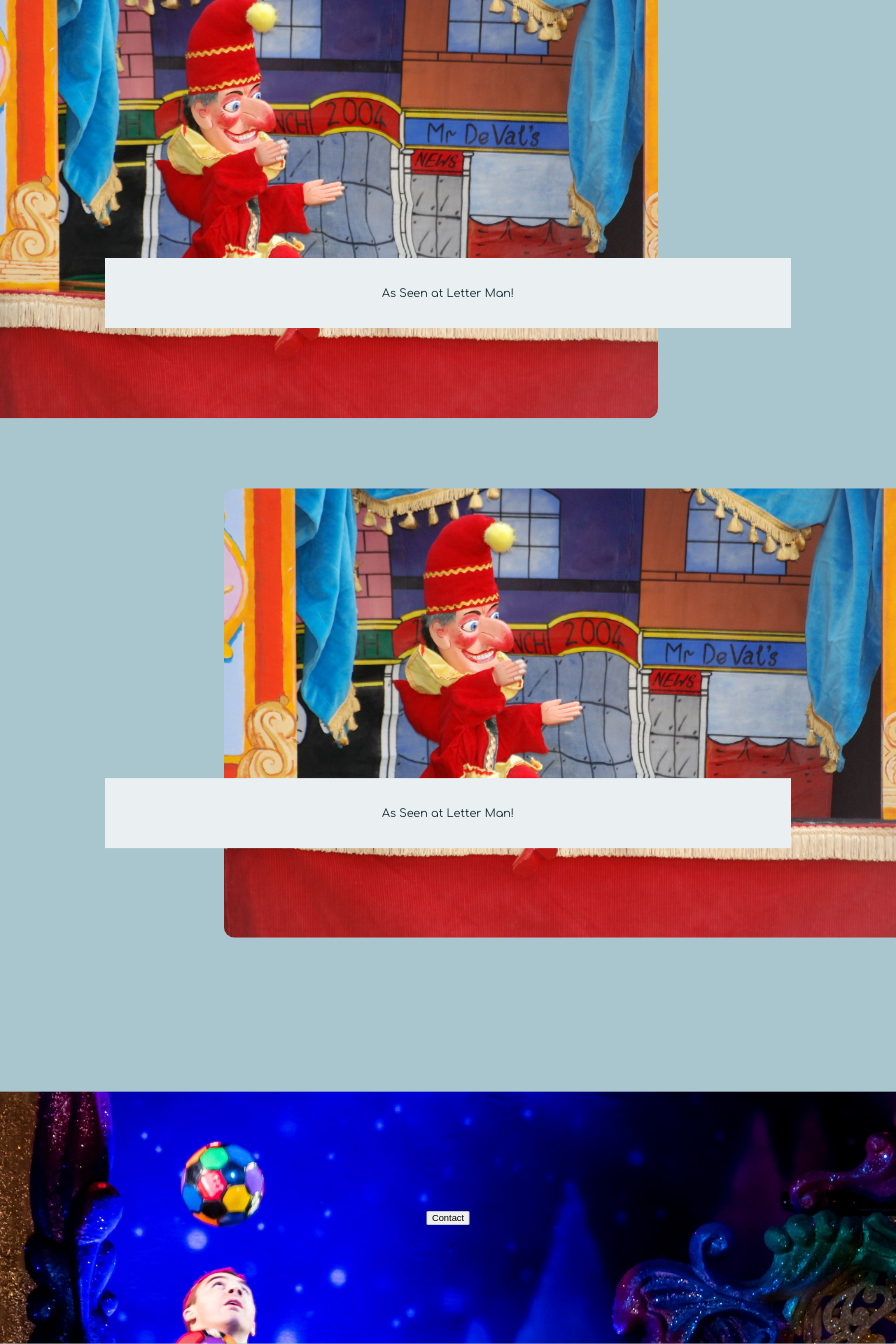
Repository: Sbethm/wink
Page: index.html
An editor plug-in stored every save of this project. The page is shown before and after a run of saves, followed by the edit.
The browser window is 1280 px wide. The pictures show the part of the page from y = 3551 to 5471 px (the page is 5471 px tall), at 70% of full size.
The style sheet was rebuilt from its Sass, Less or Tailwind sources for each picture, by a compiler version that may differ from the author's.

Above is the page before, as saved 2021-09-08 13:58:42.

### index.html
<!DOCTYPE html>
<html lang="en">
<head>
    <meta charset="UTF-8">
    <meta http-equiv="X-UA-Compatible" content="IE=edge">
    <meta name="viewport" content="width=device-width, initial-scale=1.0">
    <link rel="preconnect" href="https://fonts.googleapis.com">
    <link rel="preconnect" href="https://fonts.gstatic.com" crossorigin>
    <link href="https://fonts.googleapis.com/css2?family=Acme&family=Comfortaa:wght@400;500;600;700&family=Indie+Flower&display=swap" rel="stylesheet">
    <!--
        font-family: 'Acme', sans-serif;
        font-family: 'Comfortaa', cursive;
        font-family: 'Indie Flower', cursive;
    -->

    <link rel="stylesheet" href="./CSS/main.css">
    <title>Wink Danenberg: The Greatest Showman</title>
</head>
<body>
    <header id="headerBg">
        <h1 id="logo">Wink</h1>
        <div class="menu--btn">
            <ul class="menu">
                <li class="menu--item">Shows</li>
                <li class="menu--item">Wink</li>
                <li class="menu--item">Calender</li>
                <li class="menu--item">Contact</li>
            </ul>
        </div>
    </header>
    <main>
        <section class="main--slideshow">
            <!--images are set on automatic slide-->
                <img src="./img/img1.jpg" alt="" id="slide--img">
                <img src="./img/img2.jpg" alt="" id="slide--img">
                <img src="./img/img3.jpg" alt="" id="slide--img">
            <div class="slideshow--quote">Comedy for the Whole Family!</div>
        </section>
        <!--EVENTS-
            Description of Wink's shows. What does he do? Who are the shows geared towards? etc.-->
        <section class="event">
            <div class="container container--event">
                <a href="./events.html"><h2 class="heading--center">Events</h2></a>
                <p class="info--short center">Do you want a man who can tickle your funny bone? Look no further than Wink!</p>
                <div class="event--slideshow">
                    <!--each div is set on a swipe slide-->
                    <a href=""><div class="event--retreats event--slide">
                        <p class="event--type">Retreats</p>
                    </div></a>
                    <a href=""><div class="event--schools event--slide">
                        <p class="event--type">Schools</p>
                    </div></a>
                    <a href=""><div class="event--events event--slide">
                        <p class="event--type">Events</p>
                    </div></a>
                </div>
            </div>
        </section>
         <!--WINK-
            Who is Wink? A little about Wink and his past experience as a showman -->
        <section class="wink">
            <div class="container container--wink">
                <h2 class="heading--center">Wink Danenberg</h2>
                <div class="img--container">
                    <img src="./img/img2.jpg" alt="" class="img--set--left js--scroll">
                </div>
                <p class="text--full--center">
                    …about Wink Danenberg
                    Standing at 6 foot 4… 240 pounds- Wink Danenberg is responsible for the laughter of audiences  across the country. His comedy juggling, unicycling, and audience participation have kept people  entertained and enthralled at countless events, including festivals, comedy clubs, schools, cruise
                    ships, and libraries. His high energy and raw antics are a perfect blend to captivate and amaze  both the audience and himself. Wink Danenberg, a true original, is the only juggler who: offers a  full money back guarantee, can drive a standard with one hand, and has never taken a selfie.
                </p>
            </div>
        </section>
         <!--REFERENCES-
            A section with a link to references for Wink's shows-->
        <section class="references cover">
            <!--CHANGE BTN TO DIV & CHECK CSS-->
            <div class="link--click ">References</div>
        </section>
         <!--EXPERIENCE HIGHLIGHTS-
            A section that shows some of the highlights of his experience-->
        <section class="experience">
            <div class="container container--experience">
                <h2 class="heading--center">Highlights</h2>
                <div class="experience--block">
                    <img src="./img/img2.jpg" alt="" class="img--set--right js--scroll">
                <p class="text--small--center">As Seen at Letter Man!</p>
                </div>
                <div class="experience--block">
                    <img src="./img/img2.jpg" alt="" class="img--set--left js--scroll">
                    <p class="text--small--center">As Seen at Letter Man!</p>
                </div>
                <div class="experience--block">
                        <img src="./img/img2.jpg" alt="" class="img--set--right js--scroll">
                    <p class="text--small--center">As Seen at Letter Man!</p>
                </div>
            </div>
        </section>
         <!--CONTACT-
            email and (maybe) phone information about how to contact Wink-->
        <section class="contact cover">
            <!--CHANGE BTN TO DIV & CHECK CSS-->
            <button class="contact--btn">Contact</button>
        </section>
    </main>
    <footer></footer>
    <script src="./JS/main.js"></script>
</body>
</html>

### JS/main.js
/*
 TABLE OF CONTENTS
    1.
    2.
    3.
    4.
    5.
*/


//1. HEADER CAROUSEL
    //Header variables
    const slides = document.querySelectorAll('#slide--img');
    const headerBg = document.getElementById('headerBg');
    const logo = document.getElementById('logo');

    //Changing header on scroll
    window.onscroll = function() {
        if (window.scrollY > 130) {
            headerBg.style.background = 'rgb(234, 240, 241)';
            headerBg.style.borderBottom = 'solid 1px rgb(19, 43, 53)';
            logo.style.color = 'rgb(19, 43, 53)';
        } else {
            headerBg.style.background = 'none';
            headerBg.style.borderBottom = 'solid 1px rgb(234, 240, 241)';
            logo.style.color = 'rgb(234, 240, 241)';
        }
    }

    //Index main slideshow
    setInterval(nextImg, 4000);

    let currentImg = 0;
    slides[currentImg].style.opacity = 1;

    function nextImg() {
        slides[currentImg].style.opacity = 0;
        currentImg = (currentImg + 1) % slides.length;
        slides[currentImg].style.opacity = 1;
    }

//2. SCROLL ANIMATIONS
    //Scroll variables
    const scrollElements = document.querySelectorAll(".js--scroll");
    const fromLeftElements = document.querySelectorAll(".img--set--left");
    const fromRightElements = document.querySelectorAll(".img--set--right");

    //When element is on screen or off scree
    const elementInView = (el) => {
    const elementTop = el.getBoundingClientRect().top;

    return (
        elementTop <=
        (window.innerHeight || document.documentElement.clientHeight));
    };

    const elementOutofView = (el) => {
    const elementTop = el.getBoundingClientRect().top;

    return (
        elementTop > (window.innerHeight || document.documentElement.clientHeight)
    );
    };

    //Fade-In & Fade-out functions
    const displayScrollElement = (element) => {
    element.classList.add("scrolled");
    };
    const hideScrollElement = (element) => {
    element.classList.remove("scrolled");
    };

    //Shift left functions
    const shiftOnScreenLeft = (el) => {
        el.classList.add('shifted--from--left');
    }
    const shiftOffScreenLeft = (el) => {
        el.classList.remove('shifted--from--left');
    }

    //Shift right functions into view
    const shiftOnScreenRight = (el) => {
        el.classList.add('shifted--from--right');
    }
    const shiftOffScreenRight = (el) => {
        el.classList.remove('shifted--from--right');
    }


const handleOpacityAnimation = () => {
  scrollElements.forEach((el) => {
    if (elementInView(el)) {
        displayScrollElement(el);
    } else if (elementOutofView(el)) {
        hideScrollElement(el)
    }
  })
}

const handleShiftAnimationLeft = () => {
    fromLeftElements.forEach((el) => {
    if (elementInView(el)) {
        shiftOnScreenLeft(el)
    } else if (elementOutofView(el)) {
        shiftOffScreenLeft(el)
    }
  })
}

const handleShiftAnimationRight = () => {
    fromRightElements.forEach((el) => {
    if (elementInView(el)) {
        shiftOnScreenRight(el)
    } else if (elementOutofView(el)) {
        shiftOffScreenRight(el)
    }
  })
}

window.addEventListener("scroll", () => {
    handleOpacityAnimation();
    handleShiftAnimationLeft();
    handleShiftAnimationRight();
})

// const fadeEl = document.querySelectorAll('.js--scroll');

// fadeEl.forEach((el) => {
//     el.style.opacity = '0';
// });

// const elInView = (el) => {
//     const elementTop = el.getBoundingClientRect().top;
//     return (elementTop <= window.innerHeight || document.documentElement.clientHeight);
// }

// const displayElement = (el) => {
//     el.classList.add('scrolled');
// }

// const scrollAnimation = () => {
//     fadeEl.forEach((el) => {
//         if(elInView(el, 100)){
//             displayElement(el);
//         }
//     })
// }

// window.addEventListener("scroll", () => {
//     scrollAnimation();
//   });

//SLIDE-IN

### SCSS/main.scss
@import "./resets", "./variables";


//GENERAL STYLING
body{
    width: 100vw;
    background-color: $bgColor1;
    overflow-x: hidden;
}

main {
    overflow-x: hidden;
}

section {
    width: 100vw;
    height: fit-content;
    background-color: $bgColor1;
    color: $accentColor1;
    font-family: $mainFont;
    font-size: 1rem;
}

.container {
    margin: 60px 20px;
    padding: 60px 0;
    width: calc(100vw - 40px);
    background-color: $bgColor1;
    border-bottom: solid 2px $accentColor2;
}

.heading--center {
    padding-bottom: 30px;
    width: 100%;
    font-family: $accentFont;
    font-size: 2.5rem;
    text-align: center;
}

.link--click {
    width: 10rem;
    height: 4rem;
    font-family: $accentFont;
    font-size: 1.5rem;
    color: $accentColor1;
    background-color: $bgColor2;
    border: hidden;
}

a {
    text-decoration: none;
}

p {
    font-family: $mainFont;
    font-size: 1rem;
    line-height: 1.5rem;
}

.center {
    padding-bottom: 30px;
    width: 100%;
    text-align: center;
}

//HEADER AND MAIN SLIDESHOW
header {
    position: fixed;
    top: 0;
    height: 4rem;
    width: 100vw;
    padding: 1rem;
    z-index: 9;
    overflow: hidden;
    background: aliceblue;
    border-bottom: solid 1px rgb(13, 81, 139);
    transition: all 0.50s ease-in;
    box-sizing: border-box;

    & h1 {
        font-family: $accentFont;
        font-size: 2rem;
        color: rgb(13, 81, 139);
        transition: all 0.50s ease-in;
    }
}

.menu--item{
    display: none;
}

.main--slideshow {
    height: 100vh;
    width: 100vw;
    background-color: #000;
}

#slide--img {
    position: absolute;
    top: 0;
    left: 0;
    width: 100%;
    height: 100%;
    object-fit: cover;
    overflow: hidden;
    opacity: 0;
    transition: all 0.75s ease-in;
    z-index: 0;
}

.slideshow--quote {
    position: absolute;
    top: calc(100vh - 75vh);
    width: 100vw;
    font-size: 5rem;
    font-family: $headerFont;
    font-weight: 800;
    color: aliceblue;
    text-align: center;
}

//EVENTS
.event{
    padding-top: 20px;
}

.event--slideshow {
    display: flex;
    flex-direction: row;
    overflow: scroll;

    & .event--slide {
        margin: 10px;
        width: 10rem;
        height: 12rem;
        display: grid;
        background-image: url(../img/img1.jpg);
        box-shadow: 10px 5px 5px rgba(100, 100, 100, 0.377);
        grid-template-columns: 100%;
        justify-items: center;
        align-items: center;

        & .event--type {
            padding: 5px;
            width: 75%;
            background-color: $bgColor2;
            font-family: $accentFont;
            color: $accentColor1;
            text-align: center;
        }
    }
}

//ABOUT WINK
.container--wink {
    margin: 0 20px;
    padding: 20px 0;
    border: hidden;
}

.img--set--left {
    width: 75vw;
    position: relative;
    left: -350px;
    z-index: 1;
    border-radius: 0 15px 15px 0;
    transition: all 3000ms;

    &.shifted--from--left {
    left: -20px;
    }
}

.text--full--center {
    position: relative;
    padding: 10px;
    top: -60px;
    z-index: 2;
    background-color: $bgColor2;
}

//REFERENCES and CONTACT
.cover {
    width: 100vw;
    height: 50vh;
    display: flex;
    justify-content: center;
    align-items: center;
    background-image: url(../img/img1.jpg);
}

//EXPERIENCE HIGHLIGHTS
.container--experience{
    margin-left: 0;
    margin-right: 0;
    border-bottom: hidden;
}

.experience--block {
    display: grid;
    grid-template-columns: 100vw;
    grid-template-rows: 25% 75%;
    width: 100vw;
    overflow-x: hidden;

    & .img--set--right {
        grid-area: 1/1/2/3;
        justify-self: flex-end;
        width: 75vw;
        z-index: 1;
        border-radius: 15px 0 0 15px;
        padding-left: 100vw;
        transition: all 3000ms;
    }

    & .shifted--from--right{
        padding-left: 0px;
    }

    & .img--set--left {
        grid-area: 1/1/2/3;
        justify-self: flex-start;
        width: 75vw;
        z-index: 1;
        border-radius: 0 15px 15px 0;
        transition: all 3000ms;
    }

    & .text--small--center {
        align-self: center;
        justify-self: center;
        width: 75%;
        height: 5rem;
        padding: 10px;
        z-index: 2;
        background-color: $bgColor2;
        text-align: center;
        line-height: 5rem;
    }
}





//CONTACT *see references

//JAVASCRIPT ELEMENTS
.js--scroll {
    opacity: 0;
    transition: all 3000ms;
}

.js--scroll.scrolled{
    opacity: 1;
}

### SCSS/_variables.scss
//FONTS
$headerFont: 'Acme', sans-serif;
$accentFont: 'Indie Flower', cursive;
$mainFont: 'Comfortaa', cursive;

//COLORS
// $bgColor1: rgb(207, 184, 169);
// $bgColor2: rgb(241, 237, 234);
// $accentColor1: rgb(53, 33, 19);
// $accentColor2: rgb(83, 50, 27);
$bgColor1: rgb(169, 198, 207);
$bgColor2: rgb(234, 240, 241);
$accentColor1: rgb(19, 43, 53);
$accentColor2: rgb(51, 114, 141);

Loaded but not shown: SCSS/_resets.scss (common file)

After the next 4 saves:
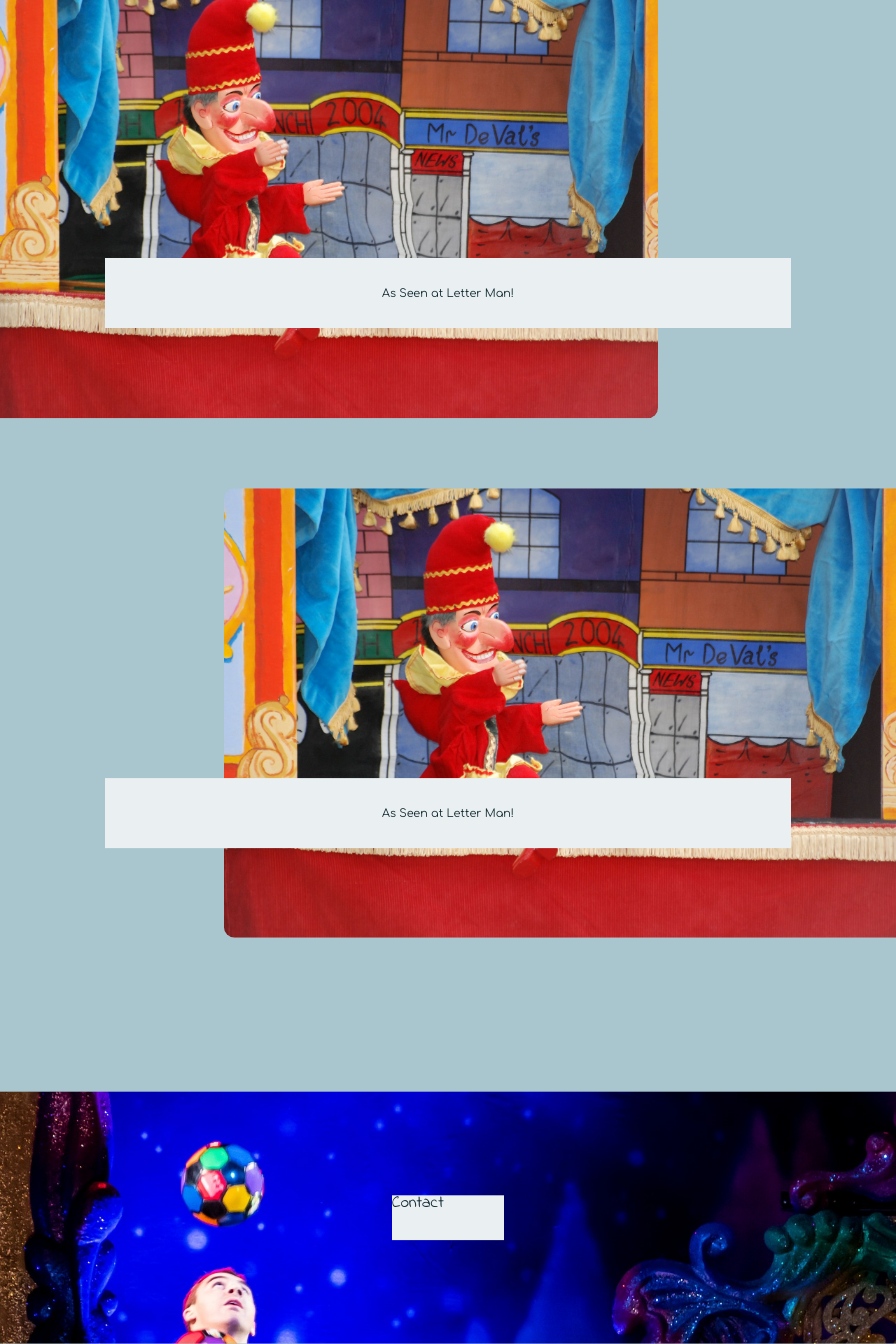
The 4 saves are shown as one change because they came seconds apart.
The last was saved 15 s later.
--- a/index.html
+++ b/index.html
@@ -100,7 +100,7 @@
             email and (maybe) phone information about how to contact Wink-->
         <section class="contact cover">
             <!--CHANGE BTN TO DIV & CHECK CSS-->
-            <button class="contact--btn">Contact</button>
+            <div class="link--click ">Contact</div>
         </section>
     </main>
     <footer></footer>
